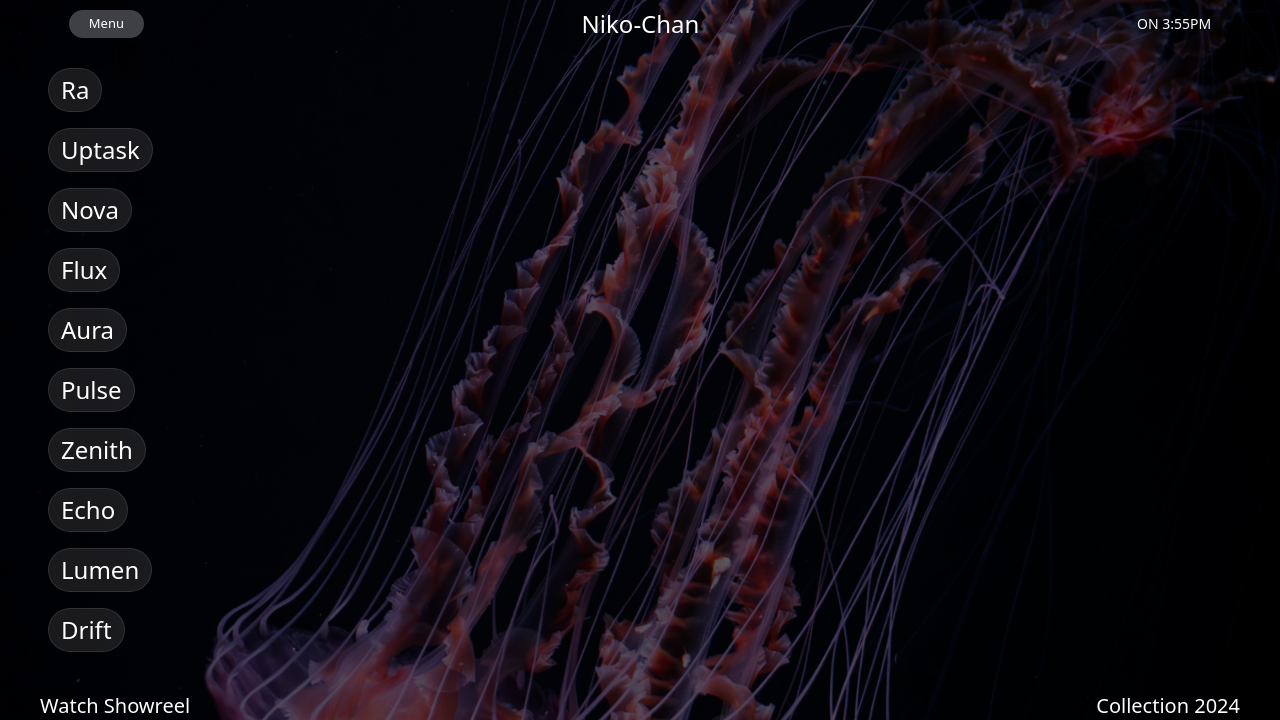
Repository: nikhilsinghrathore1/Niks_indian_local
Page: /
The author's editor kept a copy of each file at every save. The page is drawn from the files as they stood at one save, then again after the next save.
The browser window is 1280 px wide. The pictures show the whole page.
The project was rebuilt for these pictures with package versions that can differ from the ones it lists, and the page was loaded fresh each time. Also part of the build but not shown: vite.config.ts.

Above is the page before, as saved 2024-08-27 10:55:41.

### src/App.tsx
import { useState } from 'react'
import reactLogo from './assets/react.svg'
import viteLogo from '/vite.svg'
import './App.css'
import Landing from './Components/Landing'

function App() {
  const [count, setCount] = useState(0)

  return (
    <>

      <Landing/>
    </>
  )
}

export default App

### src/App.css
@font-face {
               font-family:font1 ;
               src: url("./assets/Fontspring-DEMO-rocgroteskcomp-regular.otf");
}

.f1{
               font-family: font1;
}

.item>p{
               padding: 6px 12px;

               font-weight: lighter;
               background-color: rgba(255, 255, 255, 0.1);
               border-radius: 40px;
               border: 1px solid rgba(255, 255, 255, 0.1);
               backdrop-filter: blur(20px);
               transition: 0.3s;
}

.item>p:hover{
               background: none;
               border: 1px solid rgba(255, 255, 255, 0.25);
}

.preview{
               position: fixed ;
               width: 100% ;
               height: 100% ;
               color: #fff;
               z-index: 1;
}

.preview-bg{
               position: absolute;
               width: 100%;
               pointer-events: none;
               height: 100%;
               opacity: 0.35;
}

.preview-title h1{
               font-weight:  lighter;
               font-size: 80px;
}

.preview p , .preview-description p{
               font-size: 14px;
               line-height: 120%;
}

.preview-varient-1 .preview-img{
               position: absolute;
               bottom: 0;
               right: 0;
               margin: 2em;
               width: 300px;
               height: 400px;
               clip-path: polygon(0% 100%, 100%, 100% , 100% 100% , 0% 100%);

}

.preview-varient-1 .preview-title{
               position: absolute;
               top: 35%;
               left: 25%;
}
.preview-varient-1 .preview-tags{
               position: absolute;
               top: 35%;
               left: 40%;
}

.preview-varient-1 .preview-description{
               width: 250px;
               position: absolute;
               top: 25%;
               right: 25%;
}
.preview-varient-3 .preview-img{
               position: absolute;
               bottom: 10%;
               left: 15%;
               margin: 2em;
               width: 300px;
               height: 400px;
               clip-path: polygon(0% 0%, 0%, 0% , 0% 100% , 0% 100%);

}

.preview-varient-3 .preview-title{
               position: absolute;
               bottom: 40%;
               right: 15%;
}
.preview-varient-3 .preview-tags{
               position: absolute;
               bottom: 20%;
               right: 30%;
}

.preview-varient-3 .preview-description{
               width: 250px;
               position: absolute;
               left: 20%;
               top: 15%;
}
.preview-varient-2 .preview-img{
               position: absolute;
               top: 10%;
               right: 5%;
               margin: 2em;
               width: 300px;
               height: 400px;
               clip-path: polygon(100% 0%, 100%, 0% , 100% 100% , 100% 100%);

}

.preview-varient-2 .preview-title{
               position: absolute;
               bottom: 30%;
               left: 50%;
}
.preview-varient-2 .preview-tags{
               position: absolute;
               top: 25%;
               left: 25%;
}

.preview-varient-3 .preview-description{
               width: 250px;
               position: absolute;
               right: 10%;
               bottom: 15%;
}

### src/Components/Landing.tsx
// Landing.tsx
import { useEffect, useRef } from 'react';
import gsap from 'gsap';
import img1 from '../assets/img1.jpg';
import img2 from '../assets/img2.jpg';
import img3 from '../assets/img3.jpg';
import img4 from '../assets/img4.jpg';
import img5 from '../assets/img5.jpg';
import img6 from '../assets/img6.jpg';
import img7 from '../assets/img7.jpg';
import img8 from '../assets/img8.jpg';
import img9 from '../assets/img9.jpg';
import img10 from '../assets/img10.jpg';
import defaultBg from '../assets/default-bg.jpg';

interface TransformProps {
  x?: number;
  y?: number;
  opacity?: number;
}

type VariantTransform = {
  [key: string]: {
    [elementClass: string]: TransformProps;
  };
};

const mapClasses = [
  'variant-1',
  'variant-2',
  'variant-3',
  'variant-1',
  'variant-2',
  'variant-3',
  'variant-1',
  'variant-2',
  'variant-3',
  'variant-1',
];

const previews = [
  {
    img: img1,
    title: 'Ra',
    tags: 'Futuristic Fashion, Minimal Design',
    description:
      'Exploring the intersection of minimalism and future fashion trends in web design.',
    bg: img1,
  },
  {
    img: img2,
    title: 'Uptask',
    tags: 'Fashion Innovation, Graphic Simplicity',
    description:
      'Innovative fashion web design with a core focus on simplicity and elegance.',
    bg: img2,
  },
  {
    img: img3,
    title: 'Nova',
    tags: 'Space Inspired, Modern Aesthetics',
    description:
      'A modern take on space-inspired designs blending technology and art.',
    bg: img3,
  },
  {
    img: img4,
    title: 'Flux',
    tags: 'Dynamic Layouts, Vibrant Colors',
    description:
      'Dynamic and colorful layouts that capture attention and engage users.',
    bg: img4,
  },
  {
    img: img5,
    title: 'Aura',
    tags: 'Serene Designs, Pastel Themes',
    description:
      'Creating calm and soothing user experiences through pastel-themed designs.',
    bg: img5,
  },
  {
    img: img6,
    title: 'Pulse',
    tags: 'Energetic Vibes, Bold Typography',
    description:
      'Harnessing energy and movement with bold typography and striking visuals.',
    bg: img6,
  },
  {
    img: img7,
    title: 'Zenith',
    tags: 'Peak Performance, Sleek Interfaces',
    description:
      'Designs focused on peak performance and sleek, intuitive interfaces.',
    bg: img7,
  },
  {
    img: img8,
    title: 'Echo',
    tags: 'Repetitive Patterns, Minimalist Touch',
    description:
      'Utilizing repetitive patterns to create harmony and balance in design.',
    bg: img8,
  },
  {
    img: img9,
    title: 'Lumen',
    tags: 'Light Themes, Clarity Focused',
    description:
      'Emphasizing clarity and readability through light-themed designs.',
    bg: img9,
  },
  {
    img: img10,
    title: 'Drift',
    tags: 'Fluid Movements, Abstract Forms',
    description:
      'Incorporating fluid movements and abstract forms for a unique user experience.',
    bg: img10,
  },
];

const Landing: React.FC = () => {
  const containerRef = useRef<HTMLDivElement>(null);
  const previewBgRef = useRef<HTMLDivElement>(null);
  const itemsRef = useRef<Array<HTMLDivElement | null>>([]);

  useEffect(() => {
    const defaultClipPath: { [key: string]: string } = {
      'variant-1': 'polygon(0% 100%, 100% 100%, 100% 100%, 0% 100%)',
      'variant-2': 'polygon(100% 0%, 100% 0%, 100% 100%, 100% 100%)',
      'variant-3': 'polygon(0% 0%, 0% 0%, 0% 100%, 0% 100%)',
    };

    const variantTransform: VariantTransform = {
      'variant-1': {
        title: { x: 75, opacity: 0 },
        tags: { y: -75, opacity: 0 },
        description: { x: -75, opacity: 0 },
      },
      'variant-2': {
        title: { x: -75, opacity: 0 },
        tags: { y: -75, opacity: 0 },
        description: { y: 75, opacity: 0 },
      },
      'variant-3': {
        title: { x: 75, opacity: 0 },
        tags: { y: 75, opacity: 0 },
        description: { x: 75, opacity: 0 },
      },
    };

    const getDefaultClipPath = (previewElement: HTMLDivElement): string => {
      for (const variant in defaultClipPath) {
        if (previewElement.classList.contains(variant)) {
          return defaultClipPath[variant];
        }
      }
      return 'polygon(100% 0%, 0% 0%, 0% 100%, 100% 100%)';
    };

    const applyVariantStyle = (
      previewElement: HTMLDivElement,
      reset: boolean = false
    ) => {
      const variant = mapClasses[Array.from(previewElement.classList).findIndex(cls => cls.startsWith('variant-'))];
      if (variant && variantTransform[variant]) {
        Object.entries(variantTransform[variant]).forEach(
          ([elementClass, transform]) => {
            const element = previewElement.querySelector(
              `.preview-${elementClass}`
            ) as HTMLElement;
            if (element) {
              gsap.set(element, reset ? transform : { x: 0, y: 0, opacity: 1 });
            }
          }
        );
      }
    };

    const changeBg = (newImgSrc: string) => {
      if (previewBgRef.current) {
        gsap.to(previewBgRef.current, {
          backgroundImage: `url(${newImgSrc})`,
          duration: 0.5,
          ease: 'power3.out',
        });
      }
    };

    // Create preview elements
    previews.forEach((preview, index) => {
      const previewElement = document.createElement('div');
      previewElement.className = `preview ${mapClasses[index]} preview-${index + 1}`;
      previewElement.style.opacity = '0';
      previewElement.style.position = 'absolute';
      previewElement.style.top = '50%';
      previewElement.style.left = '50%';
      previewElement.style.transform = 'translate(-50%, -50%)';
      previewElement.style.pointerEvents = 'none';
      previewElement.innerHTML = `
        <div class="preview-img">
          <img src="${preview.img}" alt="${preview.title}" />
        </div>
        <div class="preview-title">
          <h1>${preview.title}</h1>
        </div>
        <div class="preview-tags">
          <p>${preview.tags}</p>
        </div>
        <div class="preview-description">
          <p>${preview.description}</p>
        </div>
      `;
      if (containerRef.current) {
        containerRef.current.appendChild(previewElement);
        applyVariantStyle(previewElement, true);
      }
    });

    let activePreview: HTMLDivElement | null = null;

    itemsRef.current.forEach((item, index) => {
      if (item) {
        item.addEventListener('mouseenter', () => {
          const newBg = previews[index].bg;
          changeBg(newBg);

          const newActivePreview = containerRef.current?.querySelector(
            `.preview-${index + 1}`
          ) as HTMLDivElement;

          if (activePreview && activePreview !== newActivePreview) {
            gsap.to(activePreview, {
              opacity: 0,
              duration: 0.5,
              ease: 'power3.out',
              onComplete: () => applyVariantStyle(activePreview!, true),
            });
          }

          gsap.to(newActivePreview, {
            opacity: 1,
            duration: 0.5,
            ease: 'power3.out',
            onStart: () => applyVariantStyle(newActivePreview, false),
          });

          activePreview = newActivePreview;
        });

        item.addEventListener('mouseleave', () => {
          if (activePreview) {
            gsap.to(activePreview, {
              opacity: 0,
              duration: 0.5,
              ease: 'power3.out',
              onComplete: () => applyVariantStyle(activePreview!, true),
            });
            activePreview = null;
            changeBg(defaultBg);
          }
        });
      }
    });

    // Set initial background
    changeBg(defaultBg);
  }, []);

  return (
    <div className='w-full h-screen overflow-hidden fixed text-white bg-black'>
      {/* Nav Bar */}
      <nav className='w-full fixed flex pt-2 items-center justify-around gap-[300px]  z-50'>
        <div className='menu-btn w-fit bg-zinc-700 rounded-full backdrop-blur-md px-5 py-1 cursor-pointer'>
          <h1 className='text-[13px]'>Menu</h1>
        </div>
        <div className='logo  text-2xl'>
          <h1>Niko-Chan</h1>
        </div>
        <div className='local-time text-sm'>
          <h1>ON 3:55PM</h1>
        </div>
      </nav>

      {/* Footer */}
      <div className='footer fixed px-10 bottom-0 text-xl flex items-center justify-between w-full z-50'>
        <p>Watch Showreel</p>
        <p>Collection 2024</p>
      </div>

      {/* Items List */}
      <div
        className='items fixed w-1/3 h-full flex flex-col px-12 text-2xl leading-tight capitalize justify-center z-30'
        >
        {previews.map((preview, index) => (
          <div
            key={index}
            className='item w-fit py-2 cursor-pointer'
            ref={(el) => (itemsRef.current[index] = el)}
          >
            <p>{preview.title}</p>
          </div>
        ))}
      </div>

      {/* Preview Background */}
      <div
        className='preview-bg fixed top-0 left-0 w-full h-full bg-cover bg-center z-10 transition-all duration-500 ease-out'
        ref={previewBgRef}
      ></div>

      {/* Preview Container */}
      <div
        className='preview-container fixed top-0 left-0 w-full h-full pointer-events-none z-20'
        ref={containerRef}
      ></div>
    </div>
  );
};

export default Landing;

Loaded but not shown: index.html (common file); src/main.tsx (common file); src/index.css (common file); tailwind.config.js (common file)

After the next save:
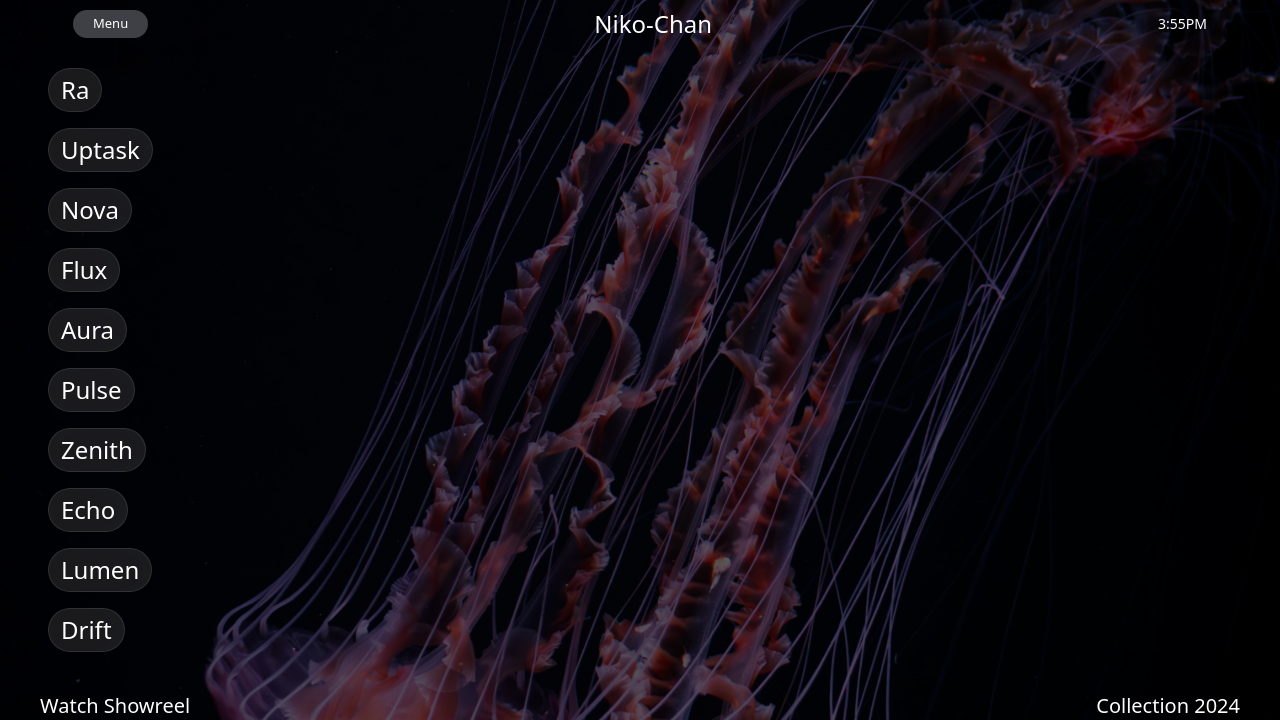
Saved 15 s later.
--- a/src/Components/Landing.tsx
+++ b/src/Components/Landing.tsx
@@ -280,7 +280,7 @@ const Landing: React.FC = () => {
           <h1>Niko-Chan</h1>
         </div>
         <div className='local-time text-sm'>
-          <h1>ON 3:55PM</h1>
+          <h1>3:55PM</h1>
         </div>
       </nav>
 
